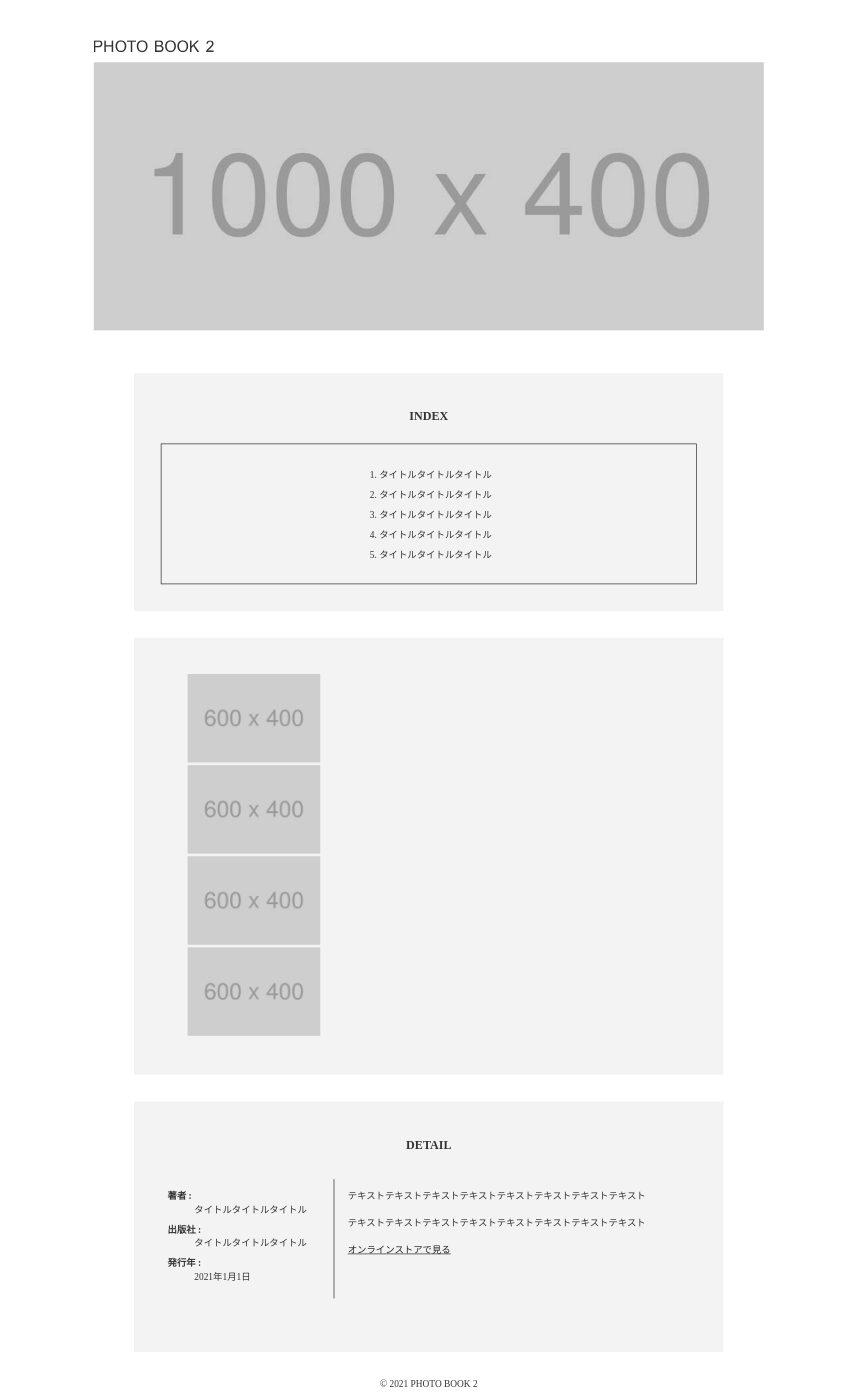
Repository: Fuki-san/photo-book-2
Page: http://localhost/photobook
An editor plug-in stored every save of this project. The page is shown before and after a run of saves, followed by the edit.
The browser window is 1280 px wide. The pictures show the whole page, at 67% of full size.
The page is served by the project's Laravel application, run on PHP 8.4 with Laravel 10.

Above is the page before, as saved 2023-12-01 12:38:11.

After the next 2 saves:
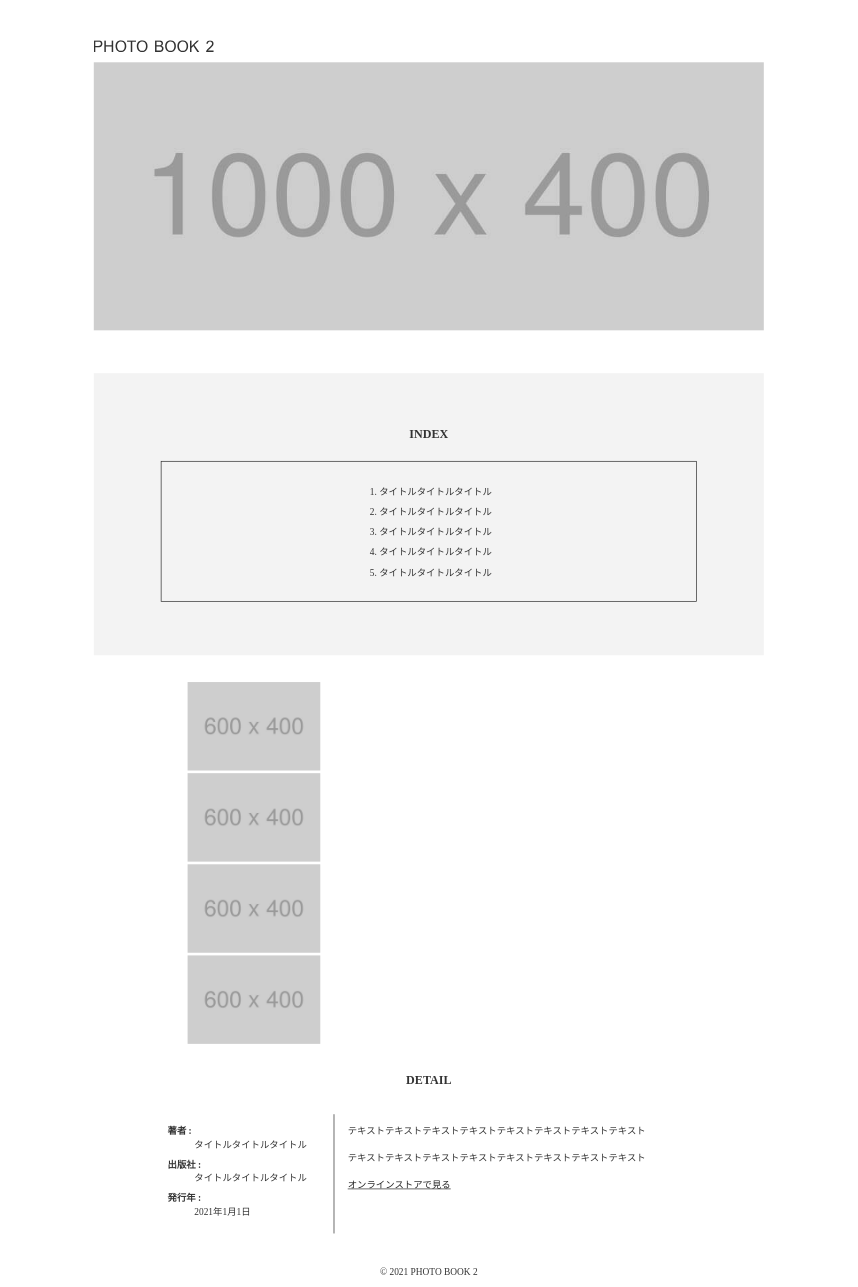
The 2 saves are shown as one change because they came seconds apart.
The last was saved 30 s later.
--- a/public/css/style.css
+++ b/public/css/style.css
@@ -46,12 +46,12 @@ ul{
 }
 /* indexx */
 .inner{
-    background-color: #f3f3f3;
-    padding: 40px;
+
     margin: 40px auto 40px auto;
 }
 #index{
-
+    background-color: #f3f3f3;
+    padding: 40px;
 }
 
 #index .index-list{
